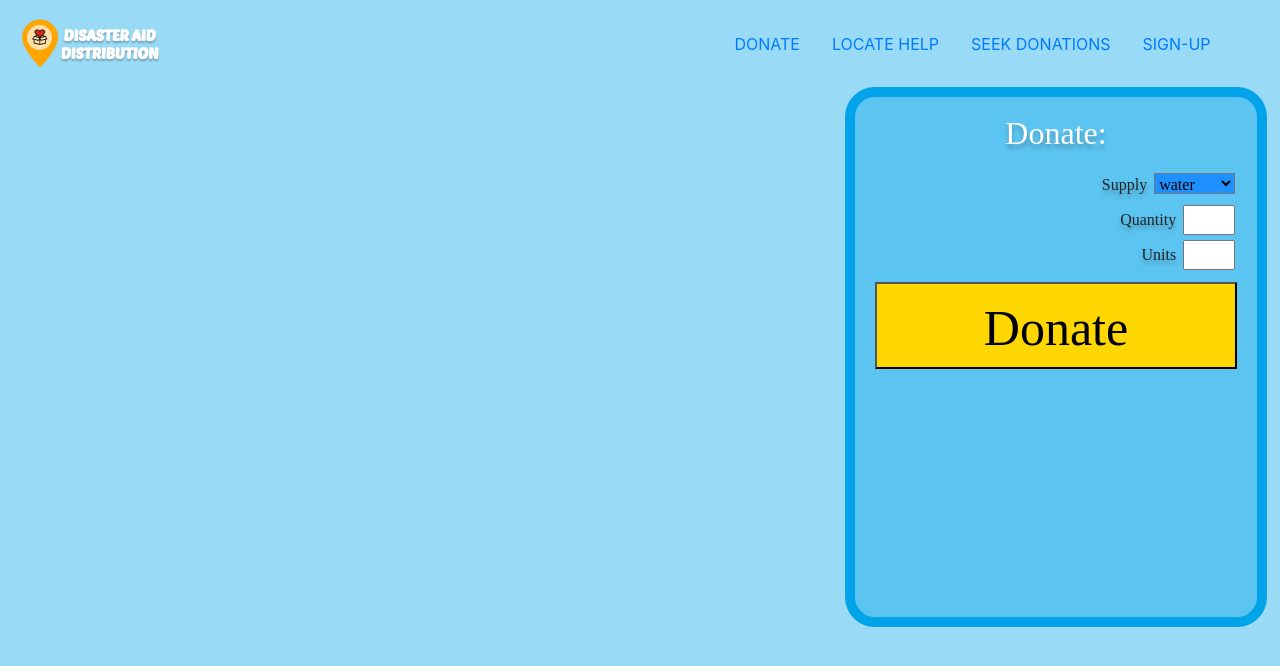
Repository: uprm-inso-4115-2019-2020-S2/semester-project-inso4115-DisasterAid-backend
Page: /donate-modal (app in disaster-aid/)
The author's editor kept a copy of each file at every save. The page is drawn from the files as they stood at one save, then again after the next save.
The browser window is 1280 px wide. The pictures show the whole page.
The project was rebuilt for these pictures with package versions that can differ from the ones it lists, and the page was loaded fresh each time. Also part of the build but not shown: disaster-aid/angular.json, disaster-aid/src/app/login/login.component.ts, disaster-aid/src/app/register/register.component.ts, disaster-aid/src/app/home/home.component.ts, disaster-aid/src/app/landing-page/landing-page.component.ts, disaster-aid/src/app/donations/donations.component.ts, disaster-aid/src/app/donations.service.ts.

Above is the page before, as saved 2020-05-09 02:01:52.

After the next save:
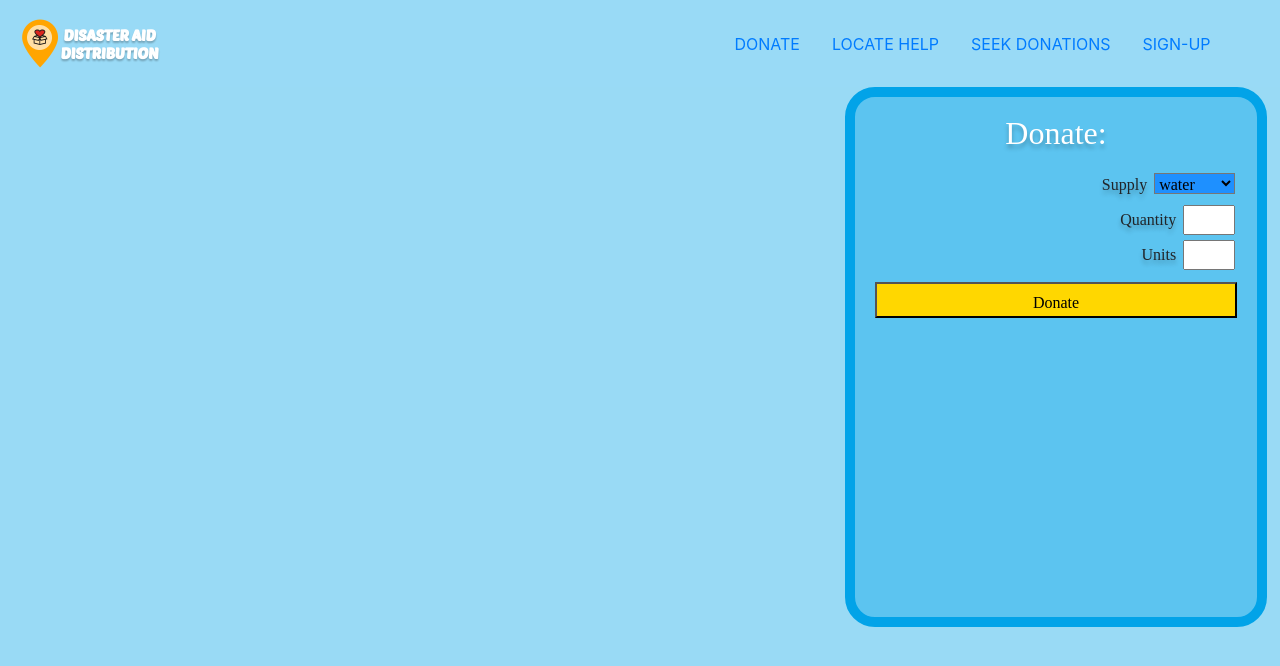
Saved 17 s later.
--- a/disaster-aid/src/app/donate-modal/donate-modal.component.css
+++ b/disaster-aid/src/app/donate-modal/donate-modal.component.css
@@ -19,7 +19,7 @@
     padding-top: 7px;
     background: gold;
     width: 90%;
-    font-size:50px
+    font: size 25px;
 }
 
 .select{
